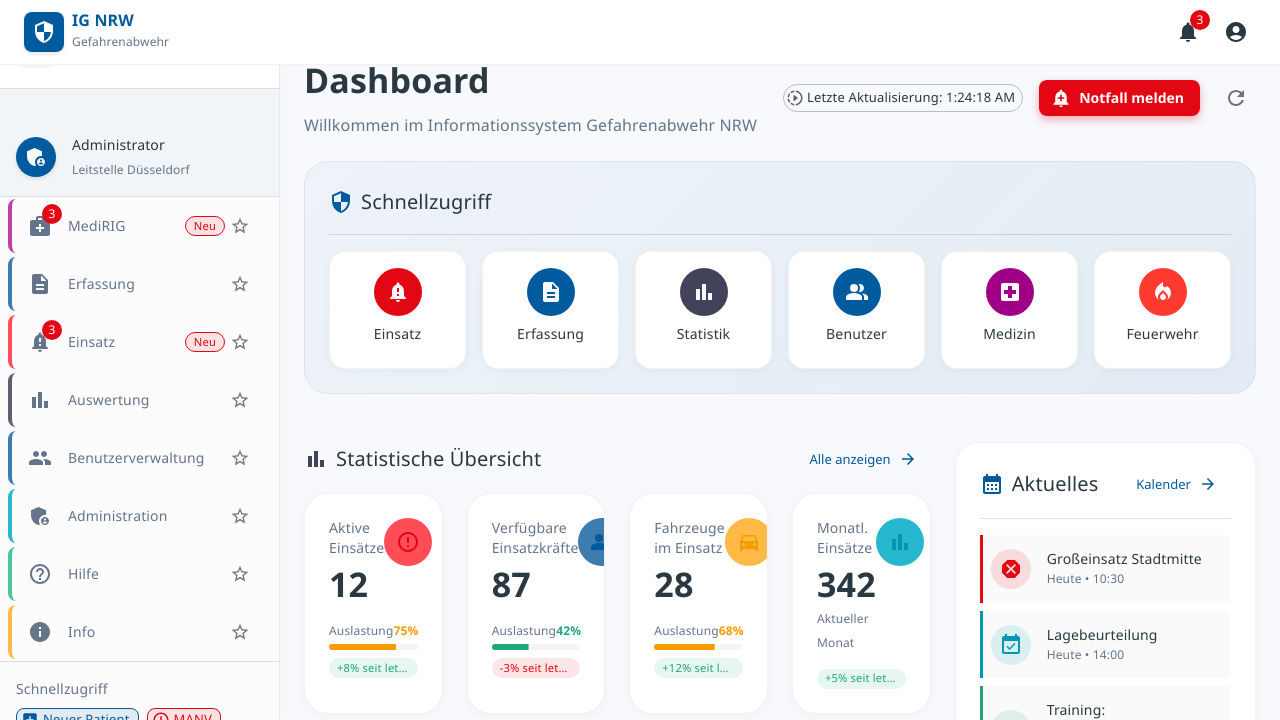
Repository: bynrw/sidebar
Page: /
These files come from the project's save history. The page is drawn as it stood at one moment and after the next save; the edit follows.
The browser window is 1280 px wide. The pictures show the whole page.
An inner scrolling area shows only its first screen. The project was rebuilt for these pictures with package versions that can differ from the ones it lists, and the page was loaded fresh each time.

Above is the page before, as saved 2025-04-21 03:58:07.

### public/index.html
<!DOCTYPE html>
<html lang="en">
  <head>
    <meta charset="utf-8" />
    <link rel="icon" href="%PUBLIC_URL%/favicon.ico" />
    <meta name="viewport" content="width=device-width, initial-scale=1" />
    <meta name="theme-color" content="#000000" />
    <meta
      name="description"
      content="Modern React Application with Material UI"
    />
    <link rel="apple-touch-icon" href="%PUBLIC_URL%/logo192.png" />
    <link rel="manifest" href="%PUBLIC_URL%/manifest.json" />
    <link
      rel="stylesheet"
      href="https://fonts.googleapis.com/css?family=Roboto:300,400,500,700&display=swap"
    />
    <title>React App with Modern Sidebar</title>
  </head>
  <body>
    <noscript>You need to enable JavaScript to run this app.</noscript>
    <div id="root"></div>
  </body>
</html>

### src/components/pages/HomePage.js
import React, { useState } from 'react';
import {
  Box,
  Typography,
  Grid,
  Paper,
  Card,
  CardContent,
  CardActions,
  Button,
  Divider,
  IconButton,
  Avatar,
  List,
  ListItem,
  ListItemText,
  ListItemAvatar,
  ListItemButton,
  Chip,
  LinearProgress,
  useTheme
} from '@mui/material';
import { useNavigate } from 'react-router-dom';
import ArrowForwardIcon from '@mui/icons-material/ArrowForward';
import NotificationImportantIcon from '@mui/icons-material/NotificationImportant';
import DangerousIcon from '@mui/icons-material/Dangerous';
import WarningAmberIcon from '@mui/icons-material/WarningAmber';
import PeopleAltIcon from '@mui/icons-material/PeopleAlt';
import LocalHospitalIcon from '@mui/icons-material/LocalHospital';
import DirectionsCarIcon from '@mui/icons-material/DirectionsCar';
import LocalFireDepartmentIcon from '@mui/icons-material/LocalFireDepartment';
import AddAlertIcon from '@mui/icons-material/AddAlert';
import CalendarMonthIcon from '@mui/icons-material/CalendarMonth';
import DescriptionIcon from '@mui/icons-material/Description';
import BarChartIcon from '@mui/icons-material/BarChart';
import MoreHorizIcon from '@mui/icons-material/MoreHoriz';
import SecurityIcon from '@mui/icons-material/Security';
import DateRangeIcon from '@mui/icons-material/DateRange';
import EventAvailableIcon from '@mui/icons-material/EventAvailable';
import RefreshIcon from '@mui/icons-material/Refresh';
import ErrorOutlineIcon from '@mui/icons-material/ErrorOutline';
import SlowMotionVideoIcon from '@mui/icons-material/SlowMotionVideo';

// Statistik-Komponente
const StatCard = ({ title, value, icon, color, subtitle, percent, trend }) => {
  const theme = useTheme();

  return (
    <Card
      elevation={0}
      sx={{
        height: '100%',
        borderRadius: 3,
        border: '1px solid rgba(0,0,0,0.05)',
        '&:hover': {
          boxShadow: '0 4px 12px rgba(0,0,0,0.08)',
          transform: 'translateY(-4px)'
        },
        transition: 'transform 0.2s, box-shadow 0.2s'
      }}
    >
      <CardContent sx={{ p: 3 }}>
        <Box sx={{ display: 'flex', justifyContent: 'space-between', mb: 2 }}>
          <Box>
            <Typography variant="body2" color="text.secondary" gutterBottom>
              {title}
            </Typography>
            <Typography variant="h4" component="div" fontWeight="bold">
              {value}
            </Typography>
            {subtitle && (
              <Typography variant="caption" color="text.secondary">
                {subtitle}
              </Typography>
            )}
          </Box>
          <Avatar
            sx={{
              bgcolor: `${color}.light`,
              color: theme.palette[color].main,
              width: 48,
              height: 48
            }}
          >
            {icon}
          </Avatar>
        </Box>

        {percent !== undefined && (
          <Box sx={{ mt: 2 }}>
            <Box sx={{ display: 'flex', alignItems: 'center', justifyContent: 'space-between', mb: 0.5 }}>
              <Typography variant="caption" color="text.secondary">
                Auslastung
              </Typography>
              <Typography variant="caption" fontWeight="bold" color={
                percent > 80 ? 'error.main' :
                percent > 60 ? 'warning.main' : 'success.main'
              }>
                {percent}%
              </Typography>
            </Box>
            <LinearProgress
              variant="determinate"
              value={percent}
              sx={{
                height: 6,
                borderRadius: 3,
                bgcolor: 'rgba(0,0,0,0.04)',
                '& .MuiLinearProgress-bar': {
                  bgcolor: percent > 80 ? theme.palette.error.main :
                          percent > 60 ? theme.palette.warning.main :
                          theme.palette.success.main
                }
              }}
            />
          </Box>
        )}

        {trend && (
          <Box sx={{ display: 'flex', alignItems: 'center', mt: 1 }}>
            <Chip
              size="small"
              label={`${trend > 0 ? '+' : ''}${trend}% seit letzter Woche`}
              color={trend > 0 ? 'success' : 'error'}
              sx={{ height: 20, fontSize: '0.7rem' }}
            />
          </Box>
        )}
      </CardContent>
    </Card>
  );
};

// Einsatzkarten-Komponente
const EmergencyCard = ({ title, location, time, type, status, priority }) => {
  const theme = useTheme();
  const navigate = useNavigate();

  // Icon und Farbe basierend auf dem Typ auswählen
  const getTypeIcon = (type) => {
    switch(type) {
      case 'brand':
        return <LocalFireDepartmentIcon />;
      case 'medizin':
        return <LocalHospitalIcon />;
      case 'unfall':
        return <DirectionsCarIcon />;
      default:
        return <WarningAmberIcon />;
    }
  };

  const getTypeColor = (type) => {
    switch(type) {
      case 'brand':
        return theme.palette.fire.main;
      case 'medizin':
        return theme.palette.medical.main;
      case 'unfall':
        return theme.palette.warning.main;
      default:
        return theme.palette.primary.main;
    }
  };

  // Status-Badge
  const getStatusChip = (status) => {
    switch(status) {
      case 'aktiv':
        return <Chip size="small" label="Aktiv" color="error" sx={{
          height: 20,
          fontSize: '0.7rem',
          borderLeft: '4px solid',
          borderColor: 'error.main'
        }} />;
      case 'inbearbeitung':
        return <Chip size="small" label="In Bearbeitung" color="warning" sx={{
          height: 20,
          fontSize: '0.7rem',
          borderLeft: '4px solid',
          borderColor: 'warning.main'
        }} />;
      case 'abgeschlossen':
        return <Chip size="small" label="Abgeschlossen" color="success" sx={{
          height: 20,
          fontSize: '0.7rem',
          borderLeft: '4px solid',
          borderColor: 'success.main'
        }} />;
      default:
        return <Chip size="small" label="Offen" color="primary" sx={{
          height: 20,
          fontSize: '0.7rem',
          borderLeft: '4px solid',
          borderColor: 'primary.main'
        }} />;
    }
  };

  // Prioritäts-Indikator
  const priorityColor = priority === 'hoch' ? theme.palette.error.main :
                        priority === 'mittel' ? theme.palette.warning.main :
                        theme.palette.success.main;

  return (
    <Paper
      elevation={0}
      sx={{
        p: 2,
        borderRadius: 2,
        mb: 2,
        position: 'relative',
        overflow: 'hidden',
        borderLeft: `4px solid ${getTypeColor(type)}`,
        '&:hover': {
          boxShadow: '0 4px 8px rgba(0,0,0,0.08)',
        },
        transition: 'box-shadow 0.2s'
      }}
    >
      <Box sx={{ display: 'flex', alignItems: 'flex-start', justifyContent: 'space-between' }}>
        <Box sx={{ display: 'flex', alignItems: 'flex-start' }}>
          <Avatar
            sx={{
              bgcolor: `${getTypeColor(type)}20`,
              color: getTypeColor(type),
              mr: 1.5
            }}
          >
            {getTypeIcon(type)}
          </Avatar>
          <Box>
            <Typography variant="body1" fontWeight="bold">{title}</Typography>
            <Typography variant="body2" color="text.secondary" gutterBottom>
              Standort: {location}
            </Typography>
            <Box sx={{ display: 'flex', alignItems: 'center', flexWrap: 'wrap', gap: 1, mt: 1 }}>
              {getStatusChip(status)}
              <Chip
                size="small"
                label={time}
                variant="outlined"
                sx={{ height: 20, fontSize: '0.7rem' }}
              />
              <Chip
                size="small"
                label={`Priorität: ${priority}`}
                sx={{
                  height: 20,
                  fontSize: '0.7rem',
                  bgcolor: `${priorityColor}20`,
                  color: priorityColor,
                  borderColor: priorityColor
                }}
                variant="outlined"
              />
            </Box>
          </Box>
        </Box>
        <IconButton
          size="small"
          sx={{ color: theme.palette.primary.main }}
          onClick={() => navigate('/einsatz')}
        >
          <ArrowForwardIcon />
        </IconButton>
      </Box>
    </Paper>
  );
};

// Aktuelles-Events-Komponente
const EventItem = ({ title, time, type, icon }) => {
  const theme = useTheme();

  const getEventColor = (type) => {
    switch(type) {
      case 'einsatz':
        return theme.palette.error.main;
      case 'besprechung':
        return theme.palette.info.main;
      case 'training':
        return theme.palette.success.main;
      default:
        return theme.palette.primary.main;
    }
  };

  return (
    <ListItem
      disableGutters
      sx={{
        px: 0,
        py: 1,
        borderLeft: `3px solid ${getEventColor(type)}`,
        pl: 1,
        mb: 1,
        bgcolor: 'rgba(0,0,0,0.02)',
        borderRadius: '0 4px 4px 0'
      }}
    >
      <ListItemAvatar>
        <Avatar sx={{ bgcolor: `${getEventColor(type)}20`, color: getEventColor(type) }}>
          {icon}
        </Avatar>
      </ListItemAvatar>
      <ListItemText
        primary={title}
        secondary={time}
        primaryTypographyProps={{ variant: 'body2', fontWeight: 'medium' }}
        secondaryTypographyProps={{ variant: 'caption' }}
      />
    </ListItem>
  );
};

// Schnellzugriff-Komponente
const QuickAccessButton = ({ icon, title, path, color }) => {
  const navigate = useNavigate();
  const theme = useTheme();

  return (
    <Card
      elevation={0}
      sx={{
        textAlign: 'center',
        height: '100%',
        cursor: 'pointer',
        borderRadius: 2,
        border: '1px solid rgba(0,0,0,0.05)',
        '&:hover': {
          boxShadow: '0 4px 12px rgba(0,0,0,0.08)',
          transform: 'translateY(-4px)'
        },
        transition: 'transform 0.2s, box-shadow 0.2s'
      }}
      onClick={() => navigate(path)}
    >
      <CardContent sx={{ p: 2 }}>
        <Avatar
          sx={{
            width: 48,
            height: 48,
            mx: 'auto',
            mb: 1,
            bgcolor: theme.palette[color].main
          }}
        >
          {icon}
        </Avatar>
        <Typography variant="body2" fontWeight="medium">
          {title}
        </Typography>
      </CardContent>
    </Card>
  );
};

// Hauptkomponente
function HomePage() {
  const theme = useTheme();
  const navigate = useNavigate();
  const [lastUpdate, setLastUpdate] = useState(new Date().toLocaleTimeString());

  // Funktion zum Aktualisieren des Dashboards
  const handleRefresh = () => {
    setLastUpdate(new Date().toLocaleTimeString());
    // Hier würden in einer realen Anwendung die Daten neu geladen
  };

  return (
    <Box>
      {/* Dashboard Header mit Notfallbutton */}
      <Box sx={{
        display: 'flex',
        justifyContent: 'space-between',
        alignItems: 'center',
        flexWrap: 'wrap',
        mb: 3
      }}>
        <Box>
          <Typography variant="h4" gutterBottom fontWeight="bold">
            Dashboard
          </Typography>
          <Typography variant="body1" color="text.secondary">
            Willkommen im Informationssystem Gefahrenabwehr NRW
          </Typography>
        </Box>
        <Box sx={{ display: 'flex', gap: 2, alignItems: 'center' }}>
          <Chip
            icon={<SlowMotionVideoIcon fontSize="small" />}
            label={`Letzte Aktualisierung: ${lastUpdate}`}
            variant="outlined"
            size="small"
            sx={{ height: 28 }}
          />
          <Button
            variant="contained"
            color="error"
            startIcon={<AddAlertIcon />}
            onClick={() => navigate('/einsatz')}
            sx={{
              fontWeight: 'bold',
              boxShadow: '0 4px 8px rgba(227, 6, 19, 0.3)',
              '&:hover': {
                boxShadow: '0 6px 12px rgba(227, 6, 19, 0.4)',
              }
            }}
          >
            Notfall melden
          </Button>
          <IconButton onClick={handleRefresh}>
            <RefreshIcon />
          </IconButton>
        </Box>
      </Box>

      {/* Hauptinhalt */}
      <Grid container spacing={3}>
        {/* Schnellzugriff-Buttons */}
        <Grid item xs={12}>
          <Paper
            elevation={0}
            sx={{
              p: 3,
              mb: 3,
              borderRadius: 3,
              background: 'linear-gradient(135deg, rgba(0, 90, 158, 0.04) 0%, rgba(0, 90, 158, 0.08) 100%)',
              border: '1px solid rgba(0,0,0,0.05)'
            }}
          >
            <Typography variant="h6" gutterBottom sx={{ display: 'flex', alignItems: 'center' }}>
              <SecurityIcon sx={{ mr: 1, color: theme.palette.primary.main }} />
              Schnellzugriff
            </Typography>
            <Divider sx={{ my: 2 }} />
            <Grid container spacing={2}>
              <Grid item xs={6} sm={3} md={2}>
                <QuickAccessButton
                  icon={<NotificationImportantIcon />}
                  title="Einsatz"
                  path="/einsatz"
                  color="error"
                />
              </Grid>
              <Grid item xs={6} sm={3} md={2}>
                <QuickAccessButton
                  icon={<DescriptionIcon />}
                  title="Erfassung"
                  path="/erfassung"
                  color="primary"
                />
              </Grid>
              <Grid item xs={6} sm={3} md={2}>
                <QuickAccessButton
                  icon={<BarChartIcon />}
                  title="Statistik"
                  path="/auswertung/statistiken"
                  color="secondary"
                />
              </Grid>
              <Grid item xs={6} sm={3} md={2}>
                <QuickAccessButton
                  icon={<PeopleAltIcon />}
                  title="Benutzer"
                  path="/benutzerverwaltung"
                  color="primary"
                />
              </Grid>
              <Grid item xs={6} sm={3} md={2}>
                <QuickAccessButton
                  icon={<LocalHospitalIcon />}
                  title="Medizin"
                  path="/erfassung/sirene"
                  color="medical"
                />
              </Grid>
              <Grid item xs={6} sm={3} md={2}>
                <QuickAccessButton
                  icon={<LocalFireDepartmentIcon />}
                  title="Feuerwehr"
                  path="/einsatz/planung"
                  color="fire"
                />
              </Grid>
            </Grid>
          </Paper>
        </Grid>

        {/* Statistische Übersicht */}
        <Grid item xs={12} md={8}>
          <Box>
            <Box sx={{ display: 'flex', justifyContent: 'space-between', alignItems: 'center', mb: 2 }}>
              <Typography variant="h6" sx={{ display: 'flex', alignItems: 'center' }}>
                <BarChartIcon sx={{ mr: 1, color: theme.palette.secondary.main }} />
                Statistische Übersicht
              </Typography>
              <Button
                endIcon={<ArrowForwardIcon />}
                size="small"
                onClick={() => navigate('/auswertung')}
              >
                Alle anzeigen
              </Button>
            </Box>
            <Grid container spacing={3}>
              <Grid item xs={12} sm={6} lg={3}>
                <StatCard
                  title="Aktive Einsätze"
                  value="12"
                  icon={<ErrorOutlineIcon />}
                  color="error"
                  percent={75}
                  trend={8}
                />
              </Grid>
              <Grid item xs={12} sm={6} lg={3}>
                <StatCard
                  title="Verfügbare Einsatzkräfte"
                  value="87"
                  icon={<PeopleAltIcon />}
                  color="primary"
                  percent={42}
                  trend={-3}
                />
              </Grid>
              <Grid item xs={12} sm={6} lg={3}>
                <StatCard
                  title="Fahrzeuge im Einsatz"
                  value="28"
                  icon={<DirectionsCarIcon />}
                  color="warning"
                  percent={68}
                  trend={12}
                />
              </Grid>
              <Grid item xs={12} sm={6} lg={3}>
                <StatCard
                  title="Monatl. Einsätze"
                  value="342"
                  icon={<BarChartIcon />}
                  color="info"
                  subtitle="Aktueller Monat"
                  trend={5}
                />
              </Grid>
            </Grid>
          </Box>
        </Grid>

        {/* Kalender und Events */}
        <Grid item xs={12} md={4}>
          <Card
            elevation={0}
            sx={{
              height: '100%',
              borderRadius: 3,
              border: '1px solid rgba(0,0,0,0.05)',
            }}
          >
            <CardContent sx={{ p: 3, height: '100%' }}>
              <Box sx={{ display: 'flex', justifyContent: 'space-between', alignItems: 'center', mb: 2 }}>
                <Typography variant="h6" sx={{ display: 'flex', alignItems: 'center' }}>
                  <CalendarMonthIcon sx={{ mr: 1, color: theme.palette.primary.main }} />
                  Aktuelles
                </Typography>
                <Button
                  endIcon={<ArrowForwardIcon />}
                  size="small"
                  onClick={() => navigate('/einsatz')}
                >
                  Kalender
                </Button>
              </Box>
              <Divider sx={{ mb: 2 }} />
              <List sx={{ p: 0 }}>
                <EventItem
                  title="Großeinsatz Stadtmitte"
                  time="Heute • 10:30"
                  type="einsatz"
                  icon={<DangerousIcon />}
                />
                <EventItem
                  title="Lagebeurteilung"
                  time="Heute • 14:00"
                  type="besprechung"
                  icon={<EventAvailableIcon />}
                />
                <EventItem
                  title="Training: Katastrophenschutz"
                  time="Morgen • 09:00"
                  type="training"
                  icon={<DateRangeIcon />}
                />
              </List>
            </CardContent>
          </Card>
        </Grid>

        {/* Aktuell laufende Einsätze */}
        <Grid item xs={12} lg={8}>
          <Box>
            <Box sx={{ display: 'flex', justifyContent: 'space-between', alignItems: 'center', mb: 2 }}>
              <Typography variant="h6" sx={{ display: 'flex', alignItems: 'center' }}>
                <NotificationImportantIcon sx={{ mr: 1, color: theme.palette.error.main }} />
                Aktuell laufende Einsätze
              </Typography>
              <Button
                endIcon={<ArrowForwardIcon />}
                size="small"
                onClick={() => navigate('/einsatz')}
              >
                Alle anzeigen
              </Button>
            </Box>
            <EmergencyCard
              title="Großbrand Industriegebiet"
              location="Industriestraße 27, Düsseldorf"
              time="Seit 10:15 Uhr"
              type="brand"
              status="aktiv"
              priority="hoch"
            />
            <EmergencyCard
              title="Verkehrsunfall mit mehreren Verletzten"
              location="B1 Abschnitt 34, Dortmund"
              time="Seit 09:32 Uhr"
              type="unfall"
              status="inbearbeitung"
              priority="mittel"
            />
            <EmergencyCard
              title="Medizinischer Notfall"
              location="Marktplatz 3, Köln"
              time="Seit 08:45 Uhr"
              type="medizin"
              status="inbearbeitung"
              priority="mittel"
            />
          </Box>
        </Grid>

        {/* Systemmeldungen */}
        <Grid item xs={12} lg={4}>
          <Card
            elevation={0}
            sx={{
              borderRadius: 3,
              border: '1px solid rgba(0,0,0,0.05)',
              height: '100%',
            }}
          >
            <CardContent sx={{ p: 3 }}>
              <Box sx={{ display: 'flex', justifyContent: 'space-between', alignItems: 'center', mb: 2 }}>
                <Typography variant="h6" sx={{ display: 'flex', alignItems: 'center' }}>
                  <WarningAmberIcon sx={{ mr: 1, color: theme.palette.warning.main }} />
                  Systemmeldungen
                </Typography>
                <IconButton size="small">
                  <MoreHorizIcon />
                </IconButton>
              </Box>
              <Divider sx={{ mb: 2 }} />
              <List disablePadding>
                <ListItemButton
                  sx={{
                    borderRadius: 2,
                    mb: 1,
                    '&:hover': { bgcolor: 'rgba(0,0,0,0.04)' }
                  }}
                >
                  <ListItemText
                    primary="Hochwasserwarnung"
                    secondary="Stufe 2 für Rhein bei Köln"
                    primaryTypographyProps={{ variant: 'body2', fontWeight: 'medium' }}
                    secondaryTypographyProps={{ variant: 'caption' }}
                  />
                  <Chip
                    size="small"
                    label="Neu"
                    color="warning"
                    sx={{ height: 20, fontSize: '0.7rem' }}
                  />
                </ListItemButton>
                <ListItemButton
                  sx={{
                    borderRadius: 2,
                    mb: 1,
                    '&:hover': { bgcolor: 'rgba(0,0,0,0.04)' }
                  }}
                >
                  <ListItemText
                    primary="Systemupdate"
                    secondary="Geplant für 22.04.2025, 02:00 Uhr"
                    primaryTypographyProps={{ variant: 'body2', fontWeight: 'medium' }}
                    secondaryTypographyProps={{ variant: 'caption' }}
                  />
                </ListItemButton>
                <ListItemButton
                  sx={{
                    borderRadius: 2,
                    '&:hover': { bgcolor: 'rgba(0,0,0,0.04)' }
                  }}
                >
                  <ListItemText
                    primary="Unwetterwarnung"
                    secondary="Gewitter mit Starkregen für Westfalen"
                    primaryTypographyProps={{ variant: 'body2', fontWeight: 'medium' }}
                    secondaryTypographyProps={{ variant: 'caption' }}
                  />
                </ListItemButton>
              </List>
            </CardContent>
            <Divider />
            <CardActions sx={{ p: 2, justifyContent: 'center' }}>
              <Button
                size="small"
                onClick={() => navigate('/administration/protokolle')}
              >
                Alle Meldungen anzeigen
              </Button>
            </CardActions>
          </Card>
        </Grid>
      </Grid>
    </Box>
  );
}

export default HomePage;

Loaded but not shown: src/components/layout/MainLayout.js (1235 lines, source omitted); src/components/pages/Erfassung.js (392 lines, source omitted); src/components/pages/Auswertung.js (347 lines, source omitted); src/components/pages/Administration.js (347 lines, source omitted); src/theme.js (324 lines, source omitted); src/components/pages/MediRIG.js (172 lines, source omitted); src/components/pages/Benutzerverwaltung.js (138 lines, source omitted); src/components/pages/Einsatz.js (138 lines, source omitted); src/components/pages/Hilfe.js (138 lines, source omitted); src/components/pages/Info.js (138 lines, source omitted); src/App.js (41 lines, source omitted); src/index.js (36 lines, source omitted)

After the next save:
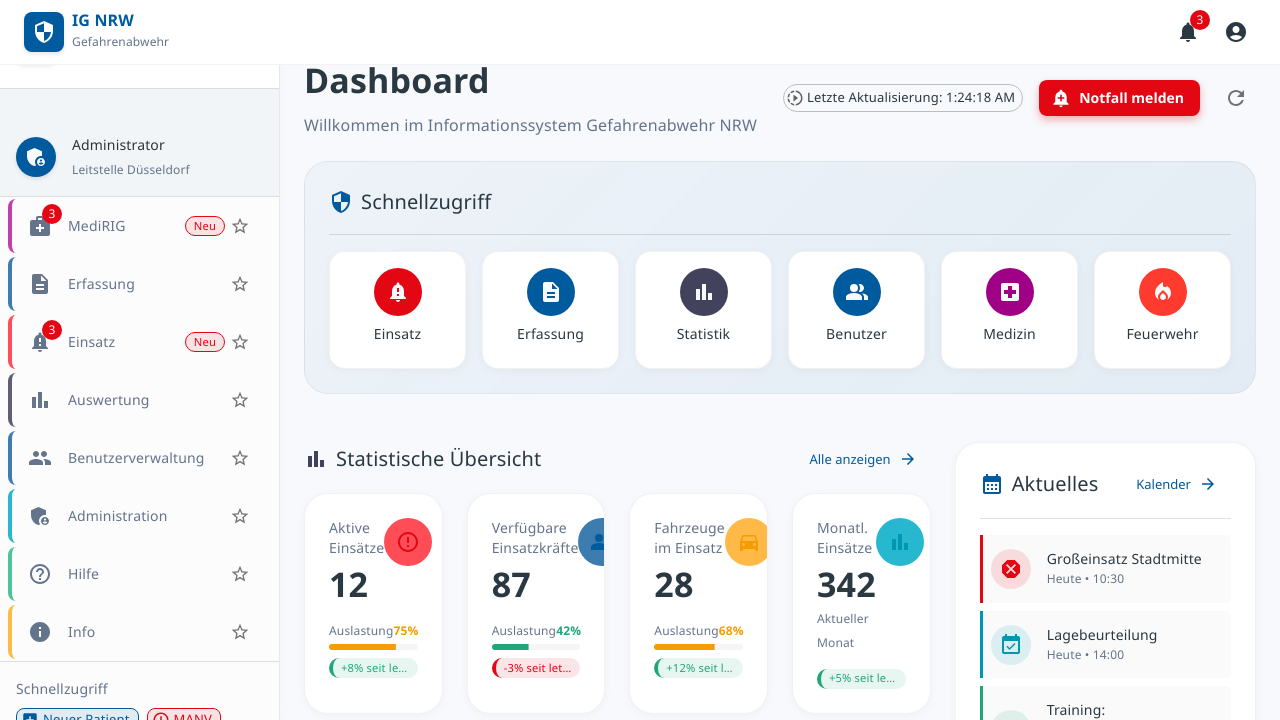
Saved 19 s later.
--- a/src/components/pages/HomePage.js
+++ b/src/components/pages/HomePage.js
@@ -122,7 +122,12 @@ const StatCard = ({ title, value, icon, color, subtitle, percent, trend }) => {
               size="small"
               label={`${trend > 0 ? '+' : ''}${trend}% seit letzter Woche`}
               color={trend > 0 ? 'success' : 'error'}
-              sx={{ height: 20, fontSize: '0.7rem' }}
+              sx={{
+                height: 20,
+                fontSize: '0.7rem',
+                borderLeft: '4px solid',
+                borderColor: trend > 0 ? 'success.main' : 'error.main'
+              }}
             />
           </Box>
         )}
